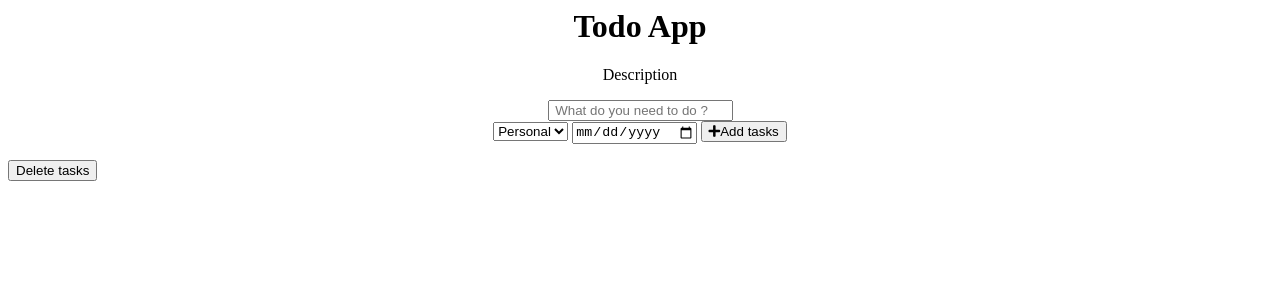
Repository: Sayan-100/Todo-List
Page: http://localhost/
The author's editor kept a copy of each file at every save. The page is drawn from the files as they stood at one save, then again after the next save.
The browser window is 1280 px wide. The pictures show the whole page.
Some web libraries are served in a nearby version. The page is served by the project's Node server (index.js). Queries for data that is not in the repository find no rows.

Above is the page before, as saved 2021-12-29 18:29:58.
Not found: js/home.js

After the next save:
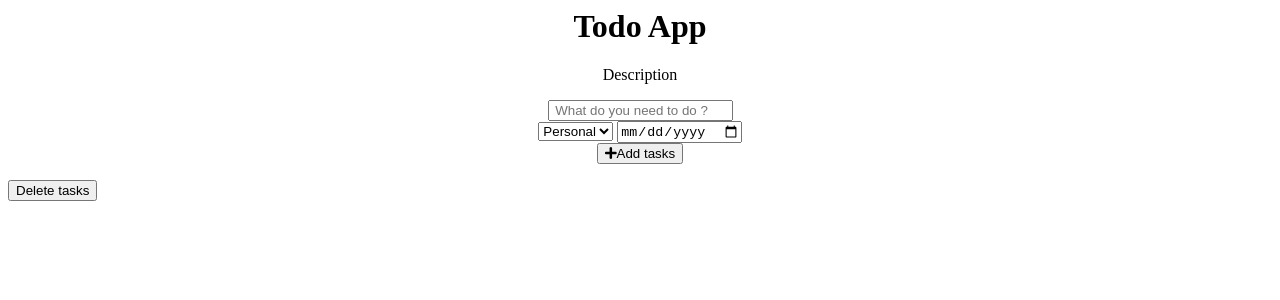
Saved 2 min 4 s later.
--- a/views/home.ejs
+++ b/views/home.ejs
@@ -19,7 +19,9 @@
                 <p>Description</p>
                 <input type="text" name="Description" placeholder=" What do you need to do ?" required>
             </div>
-            <select name="Category" required>
+
+            <div>
+                <select name="Category" required>
         <option>Personal</option>
         <option>Work</option>
         <option>Cleaning</option>
@@ -27,7 +29,8 @@
         <option> others</option>
         </select>
 
-            <input type="date" id="birthday " name="DueDate">
+                <input type="date" id="birthday " name="DueDate">
+            </div>
             <button type="submit" form="create-todo"><i class="fas fa-plus"></i>Add tasks</button>
 
         </form>
